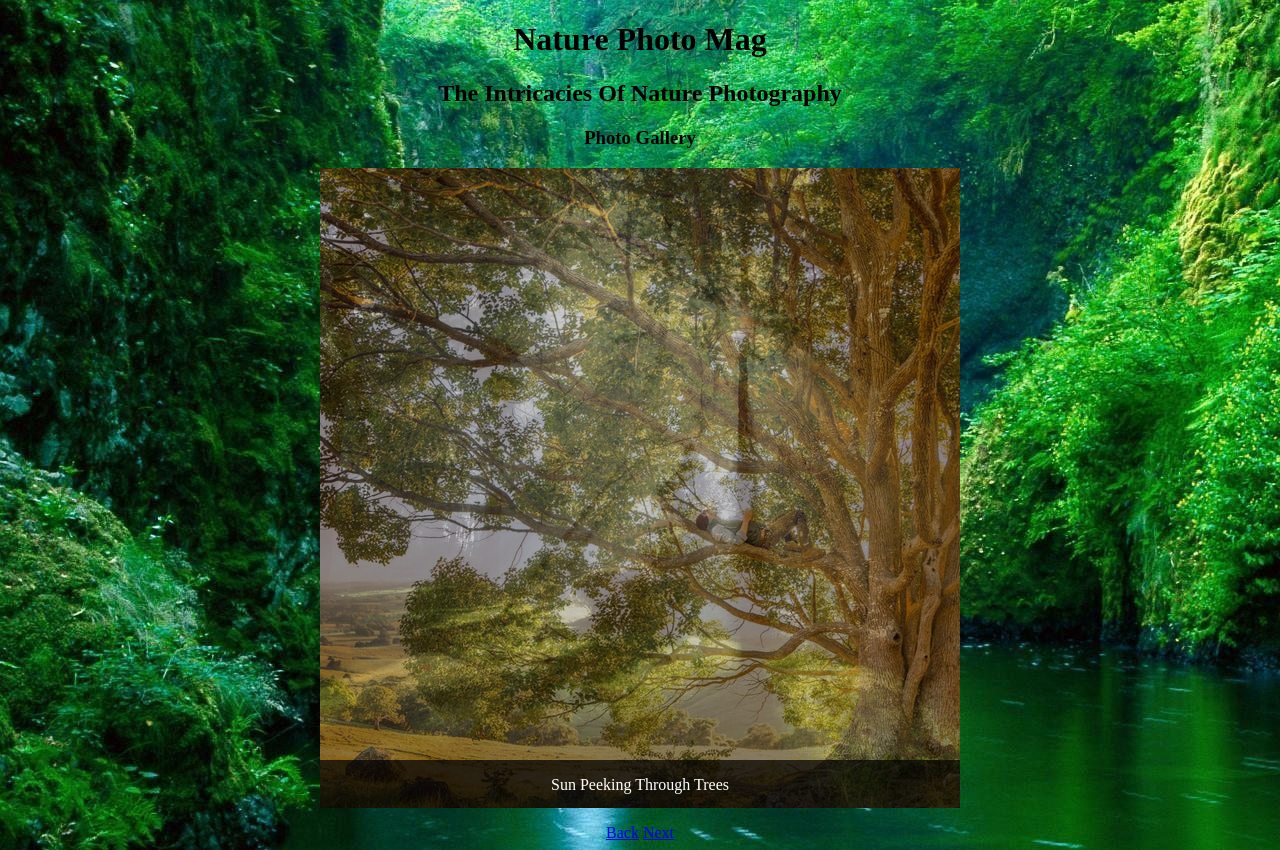
Repository: alexmaddux99/Image-Gallery
Page: index.html
The author's editor kept a copy of each file at every save. The page is drawn from the files as they stood at one save, then again after the next save.
The browser window is 1280 px wide. The pictures show the whole page.
Backgrounds fixed to the window are drawn as part of the page.

Above is the page before, as saved 2022-03-08 16:34:36.
Console error: TypeError: Assignment to constant variable.

### index.html
<!DOCTYPE html>
<html lang="en">
<head>
  <meta charset="UTF-8">
  <meta http-equiv="X-UA-Compatible" content="IE=edge">
  <meta name="viewport" content="width=device-width, initial-scale=1.0">
  <title>A Simple Carousel -  LIVE DEMO</title>
  <link rel="stylesheet" href="css/main.css">
  <script  src="js/main.js" defer></script>

</head>
<body>

<div class="content">
<h1>Nature Photo Mag</h1>
<h2>The Intricacies Of Nature Photography</h2>
<section>
  <h3>Photo Gallery</h3>

  <figure class="frame">

    <img class="slide current" src="images/1.jpg" alt="Man Sleeping In Tree">
    <img class="slide" src="images/2.jpg" alt="Sun Peeking Through Trees">
    <img class="slide" src="images/3.jpg" alt="Couple Looking At Mountain Overlooking Lake">
    <img class="slide" src="images/4.jpg" alt="Northern Lights">
    <img class="slide" src="images/5.jpg" alt="Storm On The Coast">
    <img class="slide" src="images/6.jpg" alt="Mountain Overlooking house">
    <img class="slide" src="images/7.jpg" alt="Aerial Shot of Antartic Landscape">
    <img class="slide" src="images/8.jpg" alt="Close Up Of Crystal">
    <img class="slide" src="images/9.jpg" alt="Aerial Shot Of Remote Landscape">
    <img class="slide" src="images/10.jpg" alt="Aerial Shot Overlooking Ice Berg">




    <figcaption class="caption"></figcaption>
  </figure>

  <div class="controls">
    <a href="#" class="back-btn">Back</a>
    <a href="#" class="next-btn">Next</a>
  </div>

</section>
</div>

</body>
</html>

### css/main.css
* {
  box-sizing:border-box;
}

body {
  text-align:center;
  background-image: url(/images/background.jpg);
  background-attachment: fixed;
}

section {
  min-height: max-content;
  width: 100%;
  margin: auto;
}

.frame {
  background-color: black;
  position:relative;
  max-width:640px;
  width: 100%;
  height:640px;
  margin: 1rem auto;

}

.slide {
  object-fit: contain;
  width: 100%;
  height: 100%;
  display:block;
  margin-bottom: 2rem;
}


.hide {
  opacity: 0;
  transition: opacity .5s ease-out;
}


.current {
  transition: opacity .5s ease-out;
}


.abs-pos {
  position: absolute;
}

.caption {
  position: absolute;
  z-index: 3;
  color: #fff;
  background: rgba(0, 0, 0, .7);
  bottom: 0;
  width: 100%;
  height: 1rem;
  padding: 1rem 1rem 2rem 1rem;
}

.controls {
  display: none;
}

.content{
  background-color: ;
}

### js/main.js
document.addEventListener('DOMContentLoaded', init);

function init() {
  //create shortcut vars
  const back_btn = document.querySelector(".back-btn");
  const next_btn = document.querySelector(".next-btn");
  const frame = document.querySelector(".frame");
  const slides = frame.querySelectorAll("img");
  const caption = document.querySelector(".caption");
  const controls = document.querySelector(".controls");
  const myInterval = "";

  //with JS active, hide all images
  slides.forEach((slide) => {
    slide.classList.add("hide", "abs-pos");
  });

  // show the first slide
  slides[0].classList.remove("hide");

  //make the controls work
   next_btn.addEventListener("click",changeSlide);
   back_btn.addEventListener("click", changeSlide);

   // set the caption dynamically
   caption.innerHTML = frame.firstElementChild.alt;



   //show the controls
   controls.style.display = "block";

   myInterval = setInterval(changeSlide, 5000);
}



function changeSlide(e) {

    // stop link from trying to reload page
    if(e){
      e.preventDefault();
      let clearInt = clearInterval(myInterval)
    }

    //shortcut vars
    const frame = document.querySelector(".frame");
    const slides = frame.querySelectorAll("img");
    const caption = document.querySelector(".caption");
    let showing = document.querySelector(".current");
    let nextUp = "";

    if(!e || e.target.className == 'next-btn') {
      nextUp = showing.nextElementSibling;
    }else{
      nextUp = showing.previousElementSibling;
    }


    // deactivate current image
    showing.classList.toggle("hide");
    showing.classList.toggle("current");

    //make sure next image is there
    if (!nextUp) {
      nextUp = slides[slides.length - 1];
    }

    if (nextUp.nodeName !== "IMG") {
      nextUp = slides[0];
    }

    // activate next image
    nextUp.classList.toggle("hide");
    nextUp.classList.toggle("current");

    //change caption text
    caption.innerHTML = nextUp.alt;
  }

After the next save:
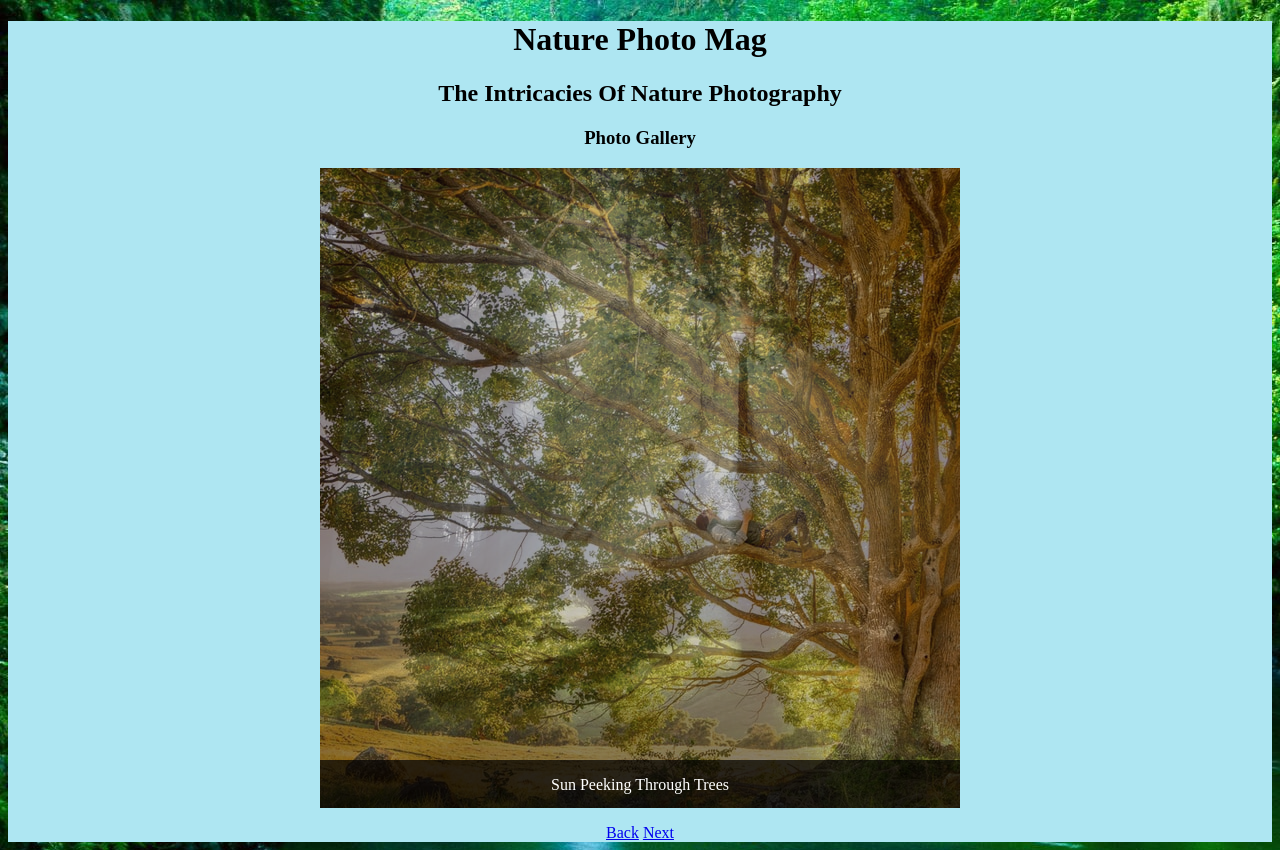
Saved 2 min 52 s later.
--- a/css/main.css
+++ b/css/main.css
@@ -64,5 +64,5 @@ section {
 }
 
 .content{
-  background-color: ;
+  background-color: #AEE6F2;
 }
